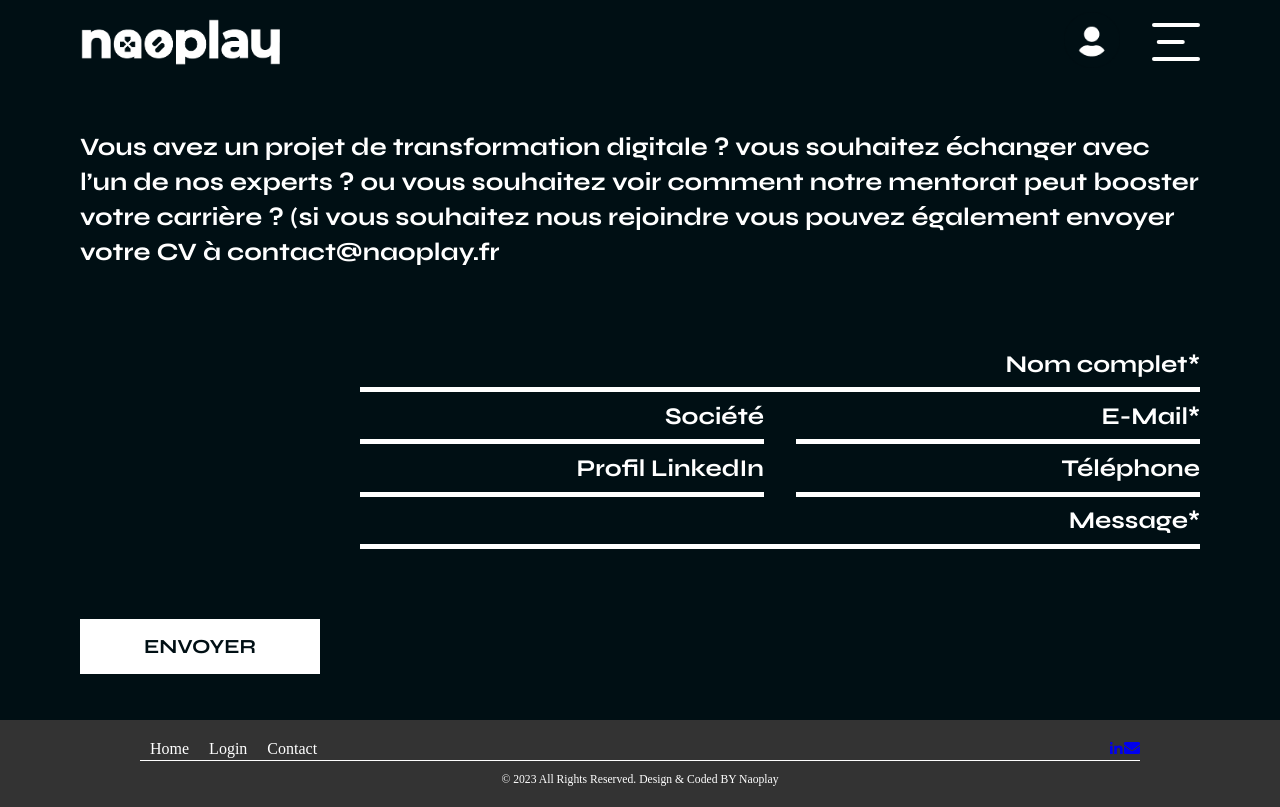
Repository: Hindsedrati/Naoplay
Page: /contact
The author's editor kept a copy of each file at every save. The page is drawn from the files as they stood at one save, then again after the next save.
The browser window is 1280 px wide. The pictures show the whole page.
The project was rebuilt for these pictures with package versions that can differ from the ones it lists, and the page was loaded fresh each time. Also part of the build but not shown: src/Pages/Login/index.jsx, src/Components/Const/index.jsx, src/Components/Partners/index.jsx, src/Components/Naoplay/index.jsx, src/Components/Api/index.jsx, src/Components/Digitalisation/index.jsx, src/Components/Gateway/index.jsx, src/Components/ApiManagement/index.jsx and 6 more.

Above is the page before, as saved 2023-05-09 11:36:47.

After the next save:
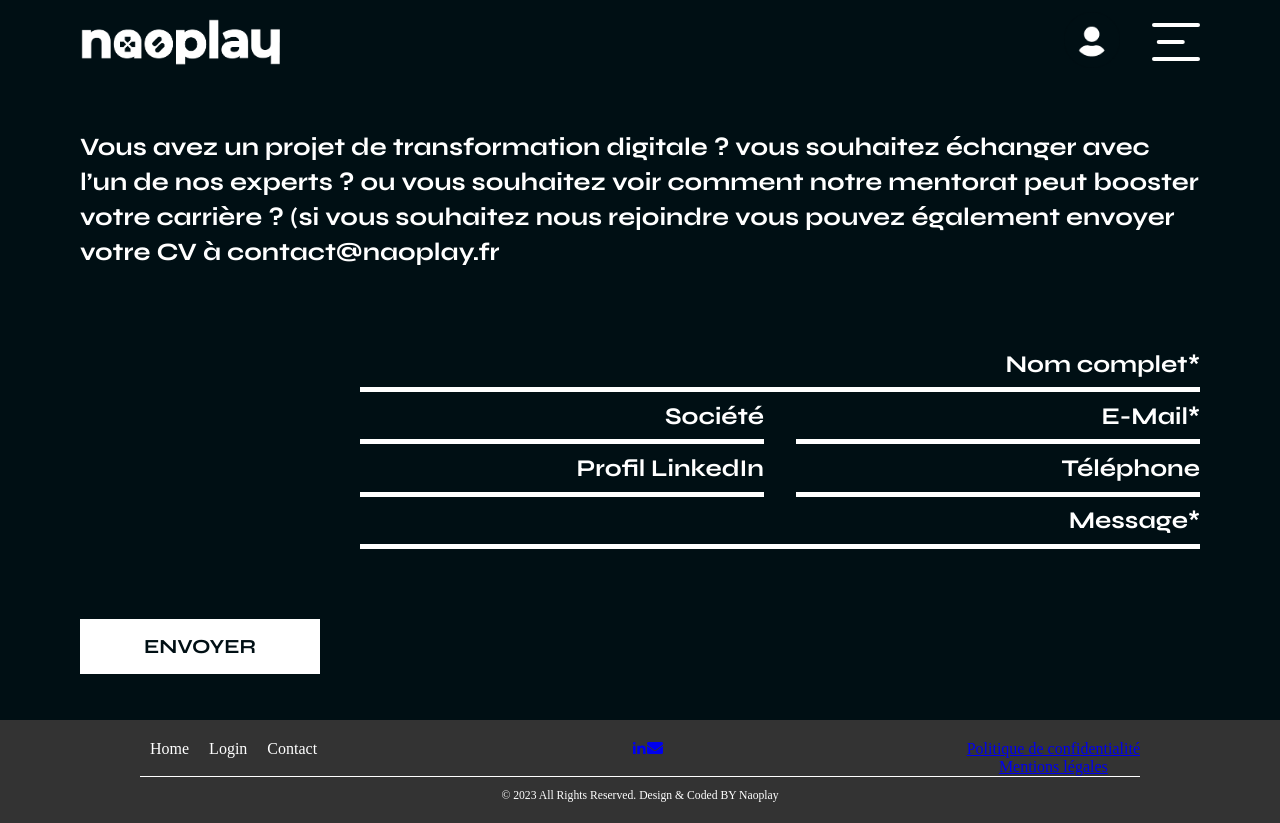
Saved 39 s later.
--- a/src/Layouts/Footer/Index.jsx
+++ b/src/Layouts/Footer/Index.jsx
@@ -15,17 +15,21 @@
   </div>
 
   <div className="footer__icons">
-    <a href="https://www.linkedin.com/company/naoplay/" target="_blank" rel="noreferrer">
+
+    <a className="footer__icons" href="https://www.linkedin.com/company/naoplay/" target="_blank" rel="noreferrer">
       <RiLinkedinFill />
     </a>
-    <a href="mailto:contact@naoplay.fr/" target="_blank" rel="noreferrer">
+    <a className="footer__icons" href="mailto:contact@naoplay.fr/" target="_blank" rel="noreferrer">
       <FaEnvelope />
     </a>
   </div>
 
+    <div class="footer__mentions-wrapper">
+        <a className='footer__mentions' href='/'>Politique de confidentialité</a>
+        <a className='footer__mentions' href='/'>Mentions légales</a>
+    </div>
 
-
-</div>
+  </div>
 
 <div class="footer-bottom">
   <small>&copy; 2023 All Rights Reserved. </small>

After the 2 saves that followed:
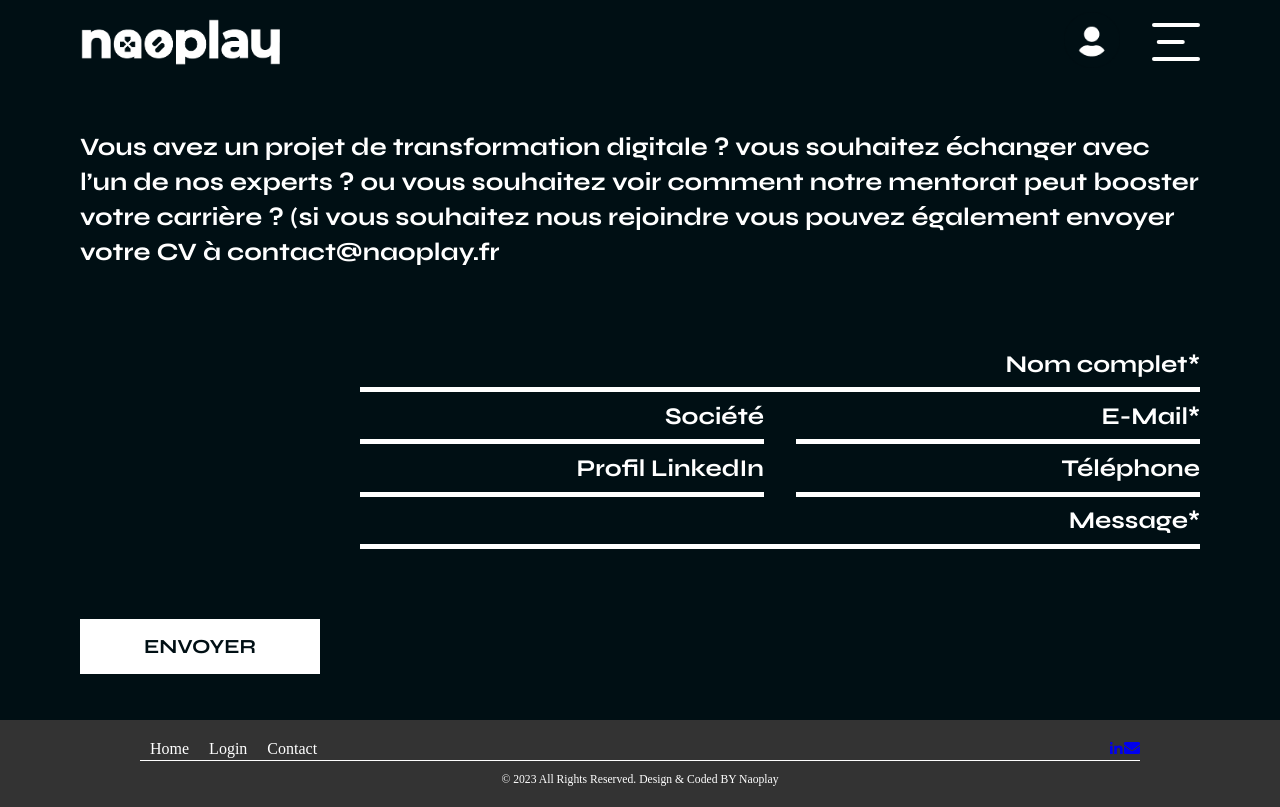
The 2 saves are shown as one change because 1 left the picture as it was.
The last was saved 115 s later.
--- a/src/Layouts/Footer/Index.jsx
+++ b/src/Layouts/Footer/Index.jsx
@@ -16,18 +16,15 @@
 
   <div className="footer__icons">
 
-    <a className="footer__icons" href="https://www.linkedin.com/company/naoplay/" target="_blank" rel="noreferrer">
+    <a href="https://www.linkedin.com/company/naoplay/" target="_blank" rel="noreferrer">
       <RiLinkedinFill />
     </a>
-    <a className="footer__icons" href="mailto:contact@naoplay.fr/" target="_blank" rel="noreferrer">
+    <a href="mailto:contact@naoplay.fr/" target="_blank" rel="noreferrer">
       <FaEnvelope />
     </a>
   </div>
 
-    <div class="footer__mentions-wrapper">
-        <a className='footer__mentions' href='/'>Politique de confidentialité</a>
-        <a className='footer__mentions' href='/'>Mentions légales</a>
-    </div>
+
 
   </div>
 
